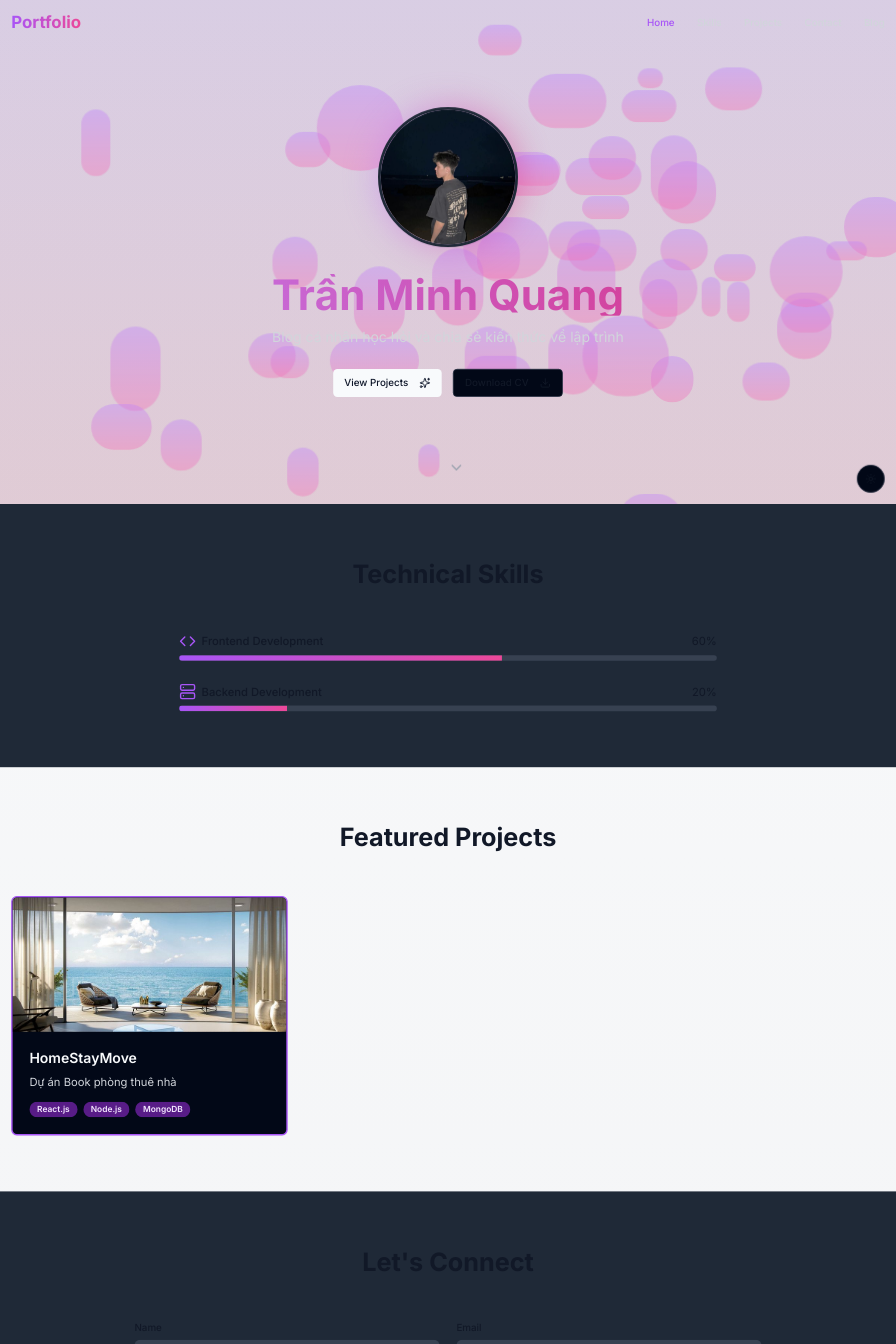
Repository: minhquang203/blog
Page: /
These files come from the project's save history. The page is drawn as it stood at one moment and after the next save; the edit follows.
The browser window is 1280 px wide. The pictures show the part of the page from y = 0 to 1920 px (the page is 2436 px tall before and 2728 px after), at 70% of full size.
The project was rebuilt for these pictures with package versions that can differ from the ones it lists, and the page was loaded fresh each time. The framework's server and built-in components were replaced by stand-ins that run in the browser. Also part of the build but not shown: next.config.ts.

Above is the page before, as saved 2025-01-06 19:20:35.

### app/layout.tsx
import { Inter } from 'next/font/google'
import './globals.css'

const inter = Inter({ subsets: ['latin'] })

export default function RootLayout({
  children,
}: {
  children: React.ReactNode
}) {
  return (
    <html lang="en" className="scroll-smooth">
      <head>
        <title>Minh Quang - Web Developer Portfolio</title>
        <meta name="description" content="Full Stack Web Developer specializing in React, Node.js, and modern web technologies" />
      </head>
      <body className={`${inter.className} dark:bg-gray-900`}>
        {children}
      </body>
    </html>
  )
}

### app/page.tsx
"use client";

import { ContactForm } from "@/components/ContactForm";
import { Navbar } from "@/components/Navbar";
import { ProjectCard } from "@/components/ProjectCard";
import { SkillBar } from "@/components/SkillBar";
import { Button } from "@/components/ui/button";
import { motion } from "framer-motion";
import {
  ChevronDown,
  Code,
  Download,
  Github,
  Globe,
  Linkedin,
  Mail,
  Moon,
  Server,
  Sparkles,
  Sun
} from "lucide-react";
import dynamic from "next/dynamic";
import Image from "next/image";
import { useState } from "react";

const AnimatedBackground = dynamic(
  () => import("@/components/AnimatedBackground"),
  { ssr: false }
);
const AnimatedCursor = dynamic(() => import("@/components/AnimatedCursor"), {
  ssr: false,
});

export default function Home() {
  const [theme, setTheme] = useState("dark");
  const [activeSection, setActiveSection] = useState("home");

  const skills = [
    { name: "Frontend Development", level: 60, icon: Code },
    { name: "Backend Development", level: 20, icon: Server },
  ];

  const projects = [
    {
      title: "HomeStayMove",
      description: "Dự án Book phòng thuê nhà",
      image: "/slide.jpg?height=400&width=600", // Đảm bảo rằng bạn đã đặt hình ảnh này trong thư mục public
      tags: ["React.js", "Node.js", "MongoDB"],
      link: "https://homestaymove.example.com", // Thay thế bằng liên kết thực tế của dự án
      featured: true,
    },
  ];

  const toggleTheme = () => {
    setTheme(theme === "dark" ? "light" : "dark");
    document.documentElement.classList.toggle("dark");
  };

  return (
    <div
      className={`min-h-screen bg-gradient-to-b from-gray-50 to-gray-100 dark:from-gray-900 dark:to-gray-800 text-gray-900 dark:text-white transition-colors duration-300 ${theme}`}
    >
      <AnimatedCursor />
      <Navbar
        activeSection={activeSection}
        setActiveSection={setActiveSection}
      />

      {/* Hero Section */}
      <section
        id="home"
        className="relative min-h-screen flex items-center justify-center overflow-hidden"
      >
        <AnimatedBackground />
        <div className="container mx-auto px-4 z-10">
          <motion.div
            initial={{ opacity: 0, y: 20 }}
            animate={{ opacity: 1, y: 0 }}
            transition={{ duration: 0.8 }}
            className="text-center"
          >
            <motion.div
              initial={{ scale: 0 }}
              animate={{ scale: 1 }}
              transition={{ type: "spring", stiffness: 260, damping: 20 }}
              className="relative inline-block mb-8"
            >
              <div className="absolute inset-0 animate-pulse bg-gradient-to-r from-purple-400 to-pink-600 rounded-full blur-xl opacity-50"></div>
              <Image
                src="/minhquang.jpg?height=200&width=200"
                alt="Profile"
                width={200}
                height={200}
                className="rounded-full relative z-10 border-4 border-white dark:border-gray-800"
              />
            </motion.div>
            <motion.h1
              className="text-6xl font-bold mb-4 bg-clip-text text-transparent bg-gradient-to-r from-purple-400 to-pink-600"
              initial={{ opacity: 0 }}
              animate={{ opacity: 1 }}
              transition={{ delay: 0.2 }}
            >
              Trần Minh Quang
            </motion.h1>
            <motion.p
              className="text-xl mb-8 text-gray-600 dark:text-gray-300"
              initial={{ opacity: 0 }}
              animate={{ opacity: 1 }}
              transition={{ delay: 0.3 }}
            >
              Blog cá nhân học hỏi và chia sẻ kiến thức về lập trình
            </motion.p>
            <motion.div
              initial={{ opacity: 0 }}
              animate={{ opacity: 1 }}
              transition={{ delay: 0.4 }}
              className="flex justify-center gap-4"
            >
              <Button className="group">
                View Projects
                <Sparkles className="ml-2 h-4 w-4 transition-transform group-hover:rotate-12" />
              </Button>
              <Button variant="outline" className="group">
                Download CV
                <Download className="ml-2 h-4 w-4 transition-transform group-hover:-translate-y-1" />
              </Button>
            </motion.div>
          </motion.div>
        </div>
        <motion.div
          animate={{ y: [0, -10, 0] }}
          transition={{ duration: 2, repeat: Infinity }}
          className="absolute bottom-10 left-1/2 transform -translate-x-1/2"
        >
          <ChevronDown className="h-6 w-6 text-gray-400" />
        </motion.div>
      </section>

      {/* Skills Section */}
      <section id="skills" className="py-20 bg-white dark:bg-gray-800">
        <div className="container mx-auto px-4">
          <motion.h2
            className="text-4xl font-bold text-center mb-16"
            initial={{ opacity: 0 }}
            whileInView={{ opacity: 1 }}
            viewport={{ once: true }}
          >
            Technical Skills
          </motion.h2>
          <div className="max-w-3xl mx-auto space-y-8">
            {skills.map((skill, index) => (
              <SkillBar key={index} skill={skill} index={index} />
            ))}
          </div>
        </div>
      </section>

      {/* Projects Section */}
      <section id="projects" className="py-20">
        <div className="container mx-auto px-4">
          <motion.h2
            className="text-4xl font-bold text-center mb-16"
            initial={{ opacity: 0 }}
            whileInView={{ opacity: 1 }}
            viewport={{ once: true }}
          >
            Featured Projects
          </motion.h2>
          <div className="grid grid-cols-1 md:grid-cols-2 lg:grid-cols-3 gap-8">
            {projects.map((project, index) => (
              <ProjectCard key={index} project={project} index={index} />
            ))}
          </div>
        </div>
      </section>

      {/* Contact Section */}
      <section id="contact" className="py-20 bg-white dark:bg-gray-800">
        <div className="container mx-auto px-4">
          <motion.h2
            className="text-4xl font-bold text-center mb-16"
            initial={{ opacity: 0 }}
            whileInView={{ opacity: 1 }}
            viewport={{ once: true }}
          >
            Let&apos;s Connect
          </motion.h2>
          <div className="max-w-4xl mx-auto">
            <ContactForm />
          </div>
          <motion.div
            className="flex justify-center space-x-6 mt-12"
            initial={{ opacity: 0 }}
            whileInView={{ opacity: 1 }}
            viewport={{ once: true }}
          >
            {[
              { icon: Github, href: "https://github.com/minhquang203", label: "GitHub" },
              {
                icon: Linkedin,
                href: "https://linkedin.com",
                label: "LinkedIn",
              },
              {
                icon: Mail,
                href: "tranminhquang082003@gmail.com",
                label: "Email",
              },
              { icon: Globe, href: "https://example.com", label: "Website" },
            ].map((item, index) => (
              <motion.a
                key={index}
                href={item.href}
                target="_blank"
                rel="noopener noreferrer"
                className="social-icon p-3 rounded-full bg-gray-100 dark:bg-gray-700 hover:bg-purple-100 dark:hover:bg-purple-900 transition-colors"
                whileHover={{ scale: 1.1 }}
                whileTap={{ scale: 0.95 }}
              >
                <item.icon className="h-6 w-6" />
                <span className="sr-only">{item.label}</span>
              </motion.a>
            ))}
          </motion.div>
        </div>
      </section>

      <Button
        className="fixed bottom-4 right-4 rounded-full p-2"
        variant="outline"
        size="icon"
        onClick={toggleTheme}
      >
        {theme === "dark" ? (
          <Sun className="h-5 w-5" />
        ) : (
          <Moon className="h-5 w-5" />
        )}
      </Button>
    </div>
  );
}

### components/SkillBar.tsx
'use client'

import { motion } from 'framer-motion'
import { type LucideIcon } from 'lucide-react'

interface SkillBarProps {
  skill: {
    name: string
    level: number
    icon: LucideIcon
  }
  index: number
}

export function SkillBar({ skill, index }: SkillBarProps) {
  return (
    <motion.div
      initial={{ opacity: 0, x: -50 }}
      whileInView={{ opacity: 1, x: 0 }}
      transition={{ duration: 0.5, delay: index * 0.1 }}
      className="relative"
    >
      <div className="flex items-center mb-2">
        <skill.icon className="h-6 w-6 mr-2 text-purple-500" />
        <span className="font-medium">{skill.name}</span>
        <span className="ml-auto">{skill.level}%</span>
      </div>
      <div className="h-2 bg-gray-200 dark:bg-gray-700 rounded-full overflow-hidden">
        <motion.div
          className="h-full bg-gradient-to-r from-purple-500 to-pink-500"
          initial={{ width: 0 }}
          whileInView={{ width: `${skill.level}%` }}
          transition={{ duration: 1, delay: index * 0.1 }}
        />
      </div>
    </motion.div>
  )
}

### components/ui/button.tsx
import * as React from "react"
import { Slot } from "@radix-ui/react-slot"
import { cva, type VariantProps } from "class-variance-authority"

import { cn } from "@/lib/utils"

const buttonVariants = cva(
  "inline-flex items-center justify-center gap-2 whitespace-nowrap rounded-md text-sm font-medium ring-offset-background transition-colors focus-visible:outline-none focus-visible:ring-2 focus-visible:ring-ring focus-visible:ring-offset-2 disabled:pointer-events-none disabled:opacity-50 [&_svg]:pointer-events-none [&_svg]:size-4 [&_svg]:shrink-0",
  {
    variants: {
      variant: {
        default: "bg-primary text-primary-foreground hover:bg-primary/90",
        destructive:
          "bg-destructive text-destructive-foreground hover:bg-destructive/90",
        outline:
          "border border-input bg-background hover:bg-accent hover:text-accent-foreground",
        secondary:
          "bg-secondary text-secondary-foreground hover:bg-secondary/80",
        ghost: "hover:bg-accent hover:text-accent-foreground",
        link: "text-primary underline-offset-4 hover:underline",
      },
      size: {
        default: "h-10 px-4 py-2",
        sm: "h-9 rounded-md px-3",
        lg: "h-11 rounded-md px-8",
        icon: "h-10 w-10",
      },
    },
    defaultVariants: {
      variant: "default",
      size: "default",
    },
  }
)

export interface ButtonProps
  extends React.ButtonHTMLAttributes<HTMLButtonElement>,
    VariantProps<typeof buttonVariants> {
  asChild?: boolean
}

const Button = React.forwardRef<HTMLButtonElement, ButtonProps>(
  ({ className, variant, size, asChild = false, ...props }, ref) => {
    const Comp = asChild ? Slot : "button"
    return (
      <Comp
        className={cn(buttonVariants({ variant, size, className }))}
        ref={ref}
        {...props}
      />
    )
  }
)
Button.displayName = "Button"

export { Button, buttonVariants }

### components/AnimatedBackground.tsx
'use client'

import { motion } from 'framer-motion'

export default function AnimatedBackground() {
  return (
    <div className="absolute inset-0 overflow-hidden">
      <div className="absolute inset-0 bg-gradient-to-b from-purple-500/10 to-pink-500/10 dark:from-purple-900/20 dark:to-pink-900/20" />
      {[...Array(50)].map((_, i) => (
        <motion.div
          key={i}
          className="absolute bg-gradient-to-b from-purple-400 to-pink-400 rounded-full opacity-20 dark:opacity-40"
          initial={{
            x: Math.random() * window.innerWidth,
            y: Math.random() * window.innerHeight,
            scale: Math.random() * 0.5 + 0.5,
          }}
          animate={{
            x: Math.random() * window.innerWidth,
            y: Math.random() * window.innerHeight,
            transition: {
              duration: Math.random() * 10 + 20,
              repeat: Infinity,
              repeatType: "reverse",
            },
          }}
          style={{
            width: Math.random() * 100 + 50,
            height: Math.random() * 100 + 50,
          }}
        />
      ))}
    </div>
  )
}

### components/AnimatedCursor.tsx
'use client'

import { motion, MotionValue, useSpring } from 'framer-motion'
import { useEffect, useState } from 'react'

export default function AnimatedCursor() {
  const [mousePosition, setMousePosition] = useState({ x: 0, y: 0 })
  const [isClient, setIsClient] = useState(false)

  const smoothMouseX: MotionValue<number> = useSpring(0, { stiffness: 300, damping: 30 })
  const smoothMouseY: MotionValue<number> = useSpring(0, { stiffness: 300, damping: 30 })

  useEffect(() => {
    setIsClient(true)
    const updateMousePosition = (e: MouseEvent) => {
      setMousePosition({ x: e.clientX, y: e.clientY })
    }

    window.addEventListener('mousemove', updateMousePosition)
    return () => window.removeEventListener('mousemove', updateMousePosition)
  }, [])

  useEffect(() => {
    smoothMouseX.set(mousePosition.x)
    smoothMouseY.set(mousePosition.y)
  }, [mousePosition, smoothMouseX, smoothMouseY])

  if (!isClient) return null

  return (
    <motion.div
      className="fixed top-0 left-0 pointer-events-none z-50 rounded-full mix-blend-difference"
      style={{
        x: smoothMouseX,
        y: smoothMouseY,
      }}
    />
  )
}

### components/ui/card.tsx
import * as React from "react"

import { cn } from "@/lib/utils"

const Card = React.forwardRef<
  HTMLDivElement,
  React.HTMLAttributes<HTMLDivElement>
>(({ className, ...props }, ref) => (
  <div
    ref={ref}
    className={cn(
      "rounded-lg border bg-card text-card-foreground shadow-sm",
      className
    )}
    {...props}
  />
))
Card.displayName = "Card"

const CardHeader = React.forwardRef<
  HTMLDivElement,
  React.HTMLAttributes<HTMLDivElement>
>(({ className, ...props }, ref) => (
  <div
    ref={ref}
    className={cn("flex flex-col space-y-1.5 p-6", className)}
    {...props}
  />
))
CardHeader.displayName = "CardHeader"

const CardTitle = React.forwardRef<
  HTMLDivElement,
  React.HTMLAttributes<HTMLDivElement>
>(({ className, ...props }, ref) => (
  <div
    ref={ref}
    className={cn(
      "text-2xl font-semibold leading-none tracking-tight",
      className
    )}
    {...props}
  />
))
CardTitle.displayName = "CardTitle"

const CardDescription = React.forwardRef<
  HTMLDivElement,
  React.HTMLAttributes<HTMLDivElement>
>(({ className, ...props }, ref) => (
  <div
    ref={ref}
    className={cn("text-sm text-muted-foreground", className)}
    {...props}
  />
))
CardDescription.displayName = "CardDescription"

const CardContent = React.forwardRef<
  HTMLDivElement,
  React.HTMLAttributes<HTMLDivElement>
>(({ className, ...props }, ref) => (
  <div ref={ref} className={cn("p-6 pt-0", className)} {...props} />
))
CardContent.displayName = "CardContent"

const CardFooter = React.forwardRef<
  HTMLDivElement,
  React.HTMLAttributes<HTMLDivElement>
>(({ className, ...props }, ref) => (
  <div
    ref={ref}
    className={cn("flex items-center p-6 pt-0", className)}
    {...props}
  />
))
CardFooter.displayName = "CardFooter"

export { Card, CardHeader, CardFooter, CardTitle, CardDescription, CardContent }

### components/ui/badge.tsx
import * as React from "react"
import { cva, type VariantProps } from "class-variance-authority"

import { cn } from "@/lib/utils"

const badgeVariants = cva(
  "inline-flex items-center rounded-full border px-2.5 py-0.5 text-xs font-semibold transition-colors focus:outline-none focus:ring-2 focus:ring-ring focus:ring-offset-2",
  {
    variants: {
      variant: {
        default:
          "border-transparent bg-primary text-primary-foreground hover:bg-primary/80",
        secondary:
          "border-transparent bg-secondary text-secondary-foreground hover:bg-secondary/80",
        destructive:
          "border-transparent bg-destructive text-destructive-foreground hover:bg-destructive/80",
        outline: "text-foreground",
      },
    },
    defaultVariants: {
      variant: "default",
    },
  }
)

export interface BadgeProps
  extends React.HTMLAttributes<HTMLDivElement>,
    VariantProps<typeof badgeVariants> {}

function Badge({ className, variant, ...props }: BadgeProps) {
  return (
    <div className={cn(badgeVariants({ variant }), className)} {...props} />
  )
}

export { Badge, badgeVariants }

Loaded but not shown: lib/utils.ts (common file); tailwind.config.ts (common file); app/globals.css (236 lines, source omitted); components/Navbar.tsx (118 lines, source omitted); components/ProjectCard.tsx (74 lines, source omitted); components/ContactForm.tsx (72 lines, source omitted)

After the next save:
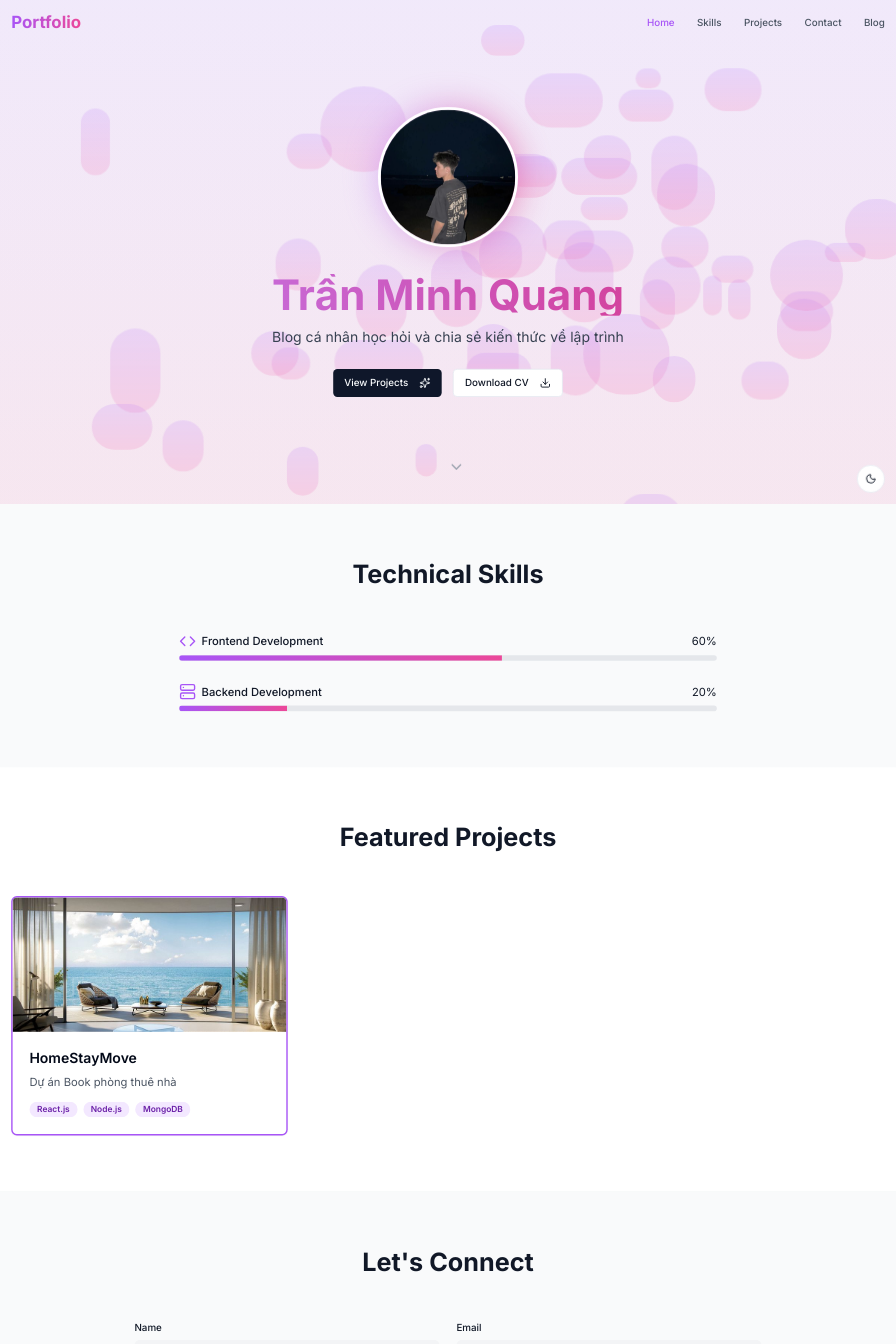
Saved 3 min 39 s later.
--- a/app/page.tsx
+++ b/app/page.tsx
@@ -17,7 +17,7 @@ import {
   Moon,
   Server,
   Sparkles,
-  Sun
+  Sun,
 } from "lucide-react";
 import dynamic from "next/dynamic";
 import Image from "next/image";
@@ -32,7 +32,7 @@ const AnimatedCursor = dynamic(() => import("@/components/AnimatedCursor"), {
 });
 
 export default function Home() {
-  const [theme, setTheme] = useState("dark");
+  const [theme, setTheme] = useState("light"); // Mặc định là light theme
   const [activeSection, setActiveSection] = useState("home");
 
   const skills = [
@@ -44,9 +44,9 @@ export default function Home() {
     {
       title: "HomeStayMove",
       description: "Dự án Book phòng thuê nhà",
-      image: "/slide.jpg?height=400&width=600", // Đảm bảo rằng bạn đã đặt hình ảnh này trong thư mục public
+      image: "/slide.jpg?height=400&width=600",
       tags: ["React.js", "Node.js", "MongoDB"],
-      link: "https://homestaymove.example.com", // Thay thế bằng liên kết thực tế của dự án
+      link: "https://homestaymove.example.com",
       featured: true,
     },
   ];
@@ -64,6 +64,7 @@ export default function Home() {
       <Navbar
         activeSection={activeSection}
         setActiveSection={setActiveSection}
+        sections={["Home", "Skills", "Projects", "Contact", "Blog"]} // Thêm "Blog" vào Navbar
       />
 
       {/* Hero Section */}
@@ -103,7 +104,7 @@ export default function Home() {
               Trần Minh Quang
             </motion.h1>
             <motion.p
-              className="text-xl mb-8 text-gray-600 dark:text-gray-300"
+              className="text-xl mb-8 text-gray-700 dark:text-gray-300" // Màu chữ phù hợp với nền sáng
               initial={{ opacity: 0 }}
               animate={{ opacity: 1 }}
               transition={{ delay: 0.3 }}
@@ -137,7 +138,7 @@ export default function Home() {
       </section>
 
       {/* Skills Section */}
-      <section id="skills" className="py-20 bg-white dark:bg-gray-800">
+      <section id="skills" className="py-20 bg-gray-50 dark:bg-gray-800">
         <div className="container mx-auto px-4">
           <motion.h2
             className="text-4xl font-bold text-center mb-16"
@@ -156,7 +157,7 @@ export default function Home() {
       </section>
 
       {/* Projects Section */}
-      <section id="projects" className="py-20">
+      <section id="projects" className="py-20 bg-white dark:bg-gray-800">
         <div className="container mx-auto px-4">
           <motion.h2
             className="text-4xl font-bold text-center mb-16"
@@ -175,7 +176,7 @@ export default function Home() {
       </section>
 
       {/* Contact Section */}
-      <section id="contact" className="py-20 bg-white dark:bg-gray-800">
+      <section id="contact" className="py-20 bg-gray-50 dark:bg-gray-800">
         <div className="container mx-auto px-4">
           <motion.h2
             className="text-4xl font-bold text-center mb-16"
@@ -196,16 +197,8 @@ export default function Home() {
           >
             {[
               { icon: Github, href: "https://github.com/minhquang203", label: "GitHub" },
-              {
-                icon: Linkedin,
-                href: "https://linkedin.com",
-                label: "LinkedIn",
-              },
-              {
-                icon: Mail,
-                href: "tranminhquang082003@gmail.com",
-                label: "Email",
-              },
+              { icon: Linkedin, href: "https://linkedin.com", label: "LinkedIn" },
+              { icon: Mail, href: "tranminhquang082003@gmail.com", label: "Email" },
               { icon: Globe, href: "https://example.com", label: "Website" },
             ].map((item, index) => (
               <motion.a
@@ -225,6 +218,29 @@ export default function Home() {
         </div>
       </section>
 
+      {/* Blog Section */}
+      <section id="blog" className="py-20 bg-white dark:bg-gray-800">
+        <div className="container mx-auto px-4">
+          <motion.h2
+            className="text-4xl font-bold text-center mb-16"
+            initial={{ opacity: 0 }}
+            whileInView={{ opacity: 1 }}
+            viewport={{ once: true }}
+          >
+            Blog
+          </motion.h2>
+          <motion.p
+            className="text-xl text-center text-gray-700 dark:text-gray-300"
+            initial={{ opacity: 0 }}
+            whileInView={{ opacity: 1 }}
+            viewport={{ once: true }}
+          >
+            Chia sẻ kiến thức và kinh nghiệm về lập trình.
+          </motion.p>
+        </div>
+      </section>
+
+      {/* Theme Toggle Button */}
       <Button
         className="fixed bottom-4 right-4 rounded-full p-2"
         variant="outline"
